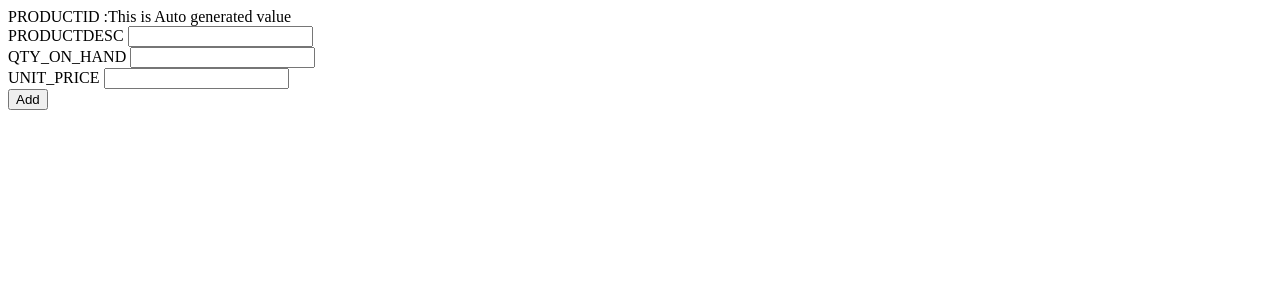
Repository: deevanshu07/Projects
Page: http://localhost/Assignment2_Dynamic/Addproduct.jsp
The author's editor kept a copy of each file at every save. The page is drawn from the files as they stood at one save, then again after the next save.
The browser window is 1280 px wide. The pictures show the whole page.
The page is served by Tomcat 9. Other server files are loaded and not shown.

Above is the page before, as saved 2015-03-21 05:36:37.

### BOOT_CAMP_PROJECTS/Deevanshu1/Assignment2_Dynamic/WebContent/Addproduct.jsp
<%@ page language="java" contentType="text/html; charset=ISO-8859-1"
    pageEncoding="ISO-8859-1"%>
<!DOCTYPE html PUBLIC "-//W3C//DTD HTML 4.01 Transitional//EN" "http://www.w3.org/TR/html4/loose.dtd">
<html>
<head>
<meta http-equiv="Content-Type" content="text/html; charset=ISO-8859-1">
<title>Insert title here</title>
</head>
<body>
<form action="Addproduct">
PRODUCTID   :This is Auto generated value<br/>
PRODUCTDESC <input type="text" name="productDesc"/><br/>
QTY_ON_HAND  <input type="text" name="qty_on_hand"/><br/>
UNIT_PRICE	 <input type="text" name="unit_price"/><br/>
<input type="submit" value="Add"/>
</form>
</body>
</html>

After the next save:
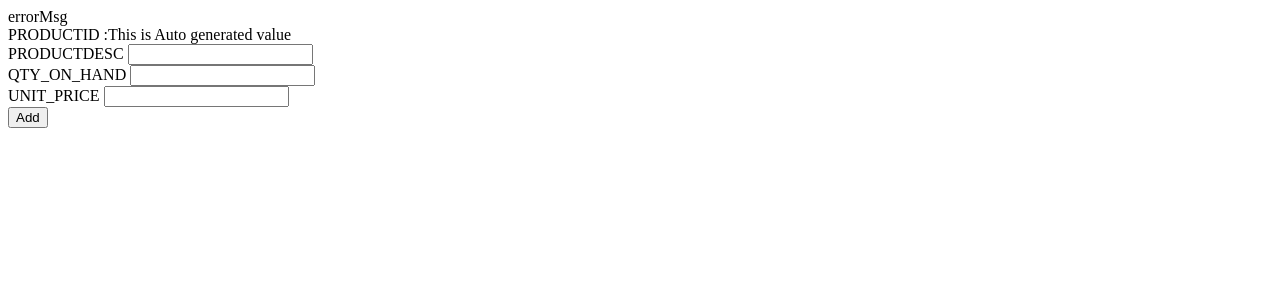
Saved 7 min 59 s later.
--- a/BOOT_CAMP_PROJECTS/Deevanshu1/Assignment2_Dynamic/WebContent/Addproduct.jsp
+++ b/BOOT_CAMP_PROJECTS/Deevanshu1/Assignment2_Dynamic/WebContent/Addproduct.jsp
@@ -1,5 +1,6 @@
 <%@ page language="java" contentType="text/html; charset=ISO-8859-1"
     pageEncoding="ISO-8859-1"%>
+    <%@ page import="java.util.*" %>
 <!DOCTYPE html PUBLIC "-//W3C//DTD HTML 4.01 Transitional//EN" "http://www.w3.org/TR/html4/loose.dtd">
 <html>
 <head>
@@ -7,6 +8,9 @@
 <title>Insert title here</title>
 </head>
 <body>
+<% List<String> errorMsg= new ArrayList() ;
+%>
+<h>errorMsg</h>
 <form action="Addproduct">
 PRODUCTID   :This is Auto generated value<br/>
 PRODUCTDESC <input type="text" name="productDesc"/><br/>
